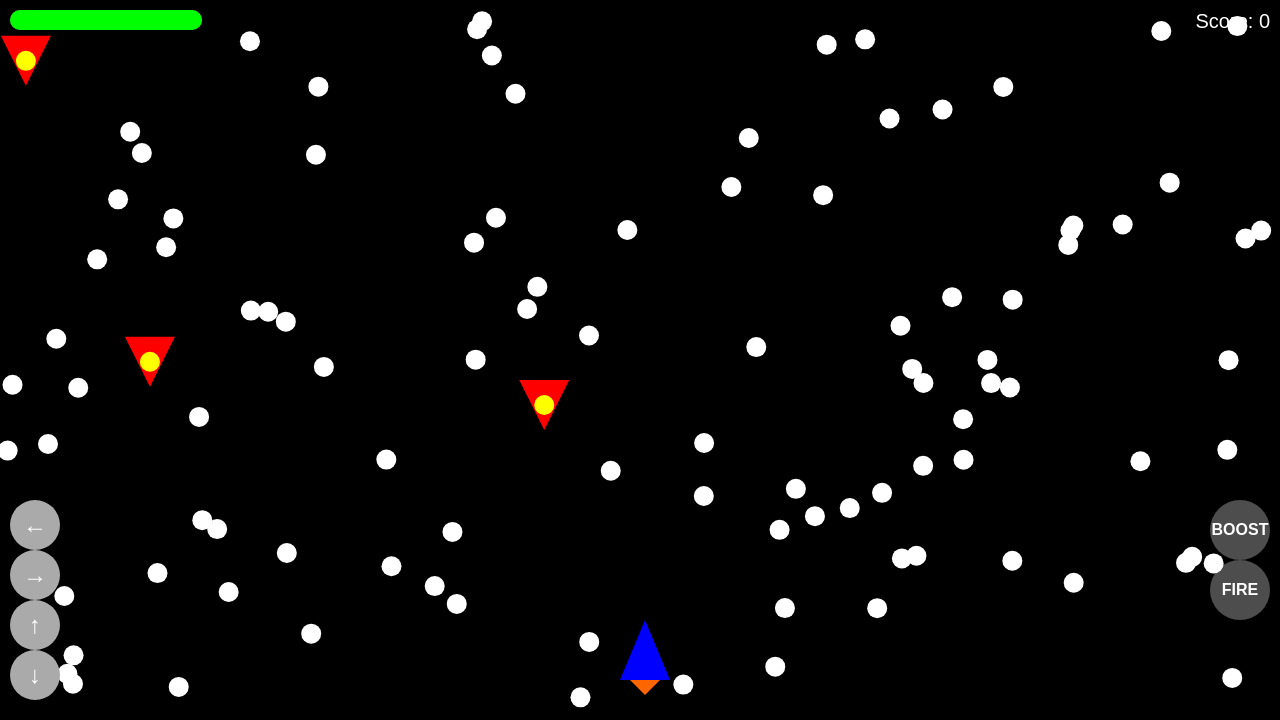
Repository: BiranOrundas/space-shooter
Page: space-shooter.html
An editor plug-in stored every save of this project. The page is shown before and after the next save, followed by the edit.
The browser window is 1280 px wide. The pictures show the whole page.

Above is the page before, as saved 2025-03-13 15:49:33.

After the next save:
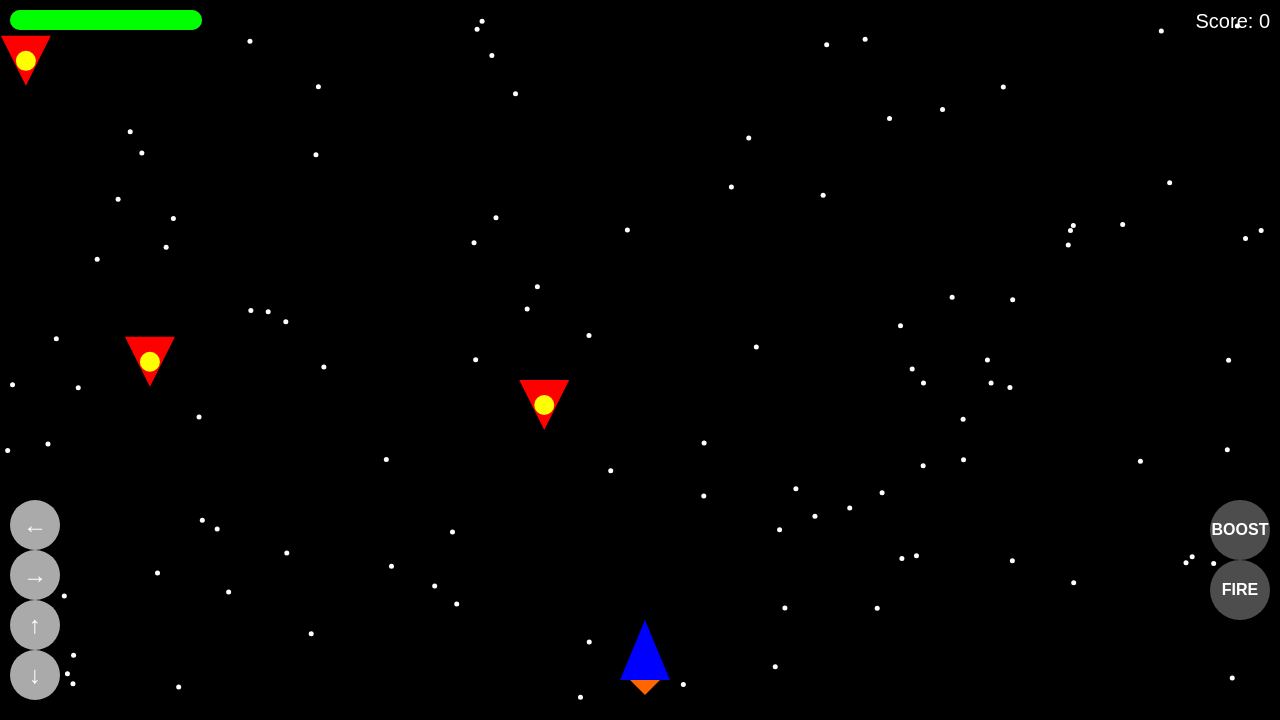
Saved 8 s later.
--- a/space-shooter.html
+++ b/space-shooter.html
@@ -340,7 +340,7 @@ function updateStars() {
     const speedFactor = player.isBoosting ? 3.5 : 1; // Boost aktifse hız 1.5 kat artar, yoksa normal hız
 
     star.y += star.speed * speedFactor; // Yıldızın hızı boost durumuna göre değişir
-    star.size = 10;
+    star.size = 2 + 0.5;
 
 
     // Eğer yıldız ekranın dışına çıkarsa, konumunu sıfırlayın
